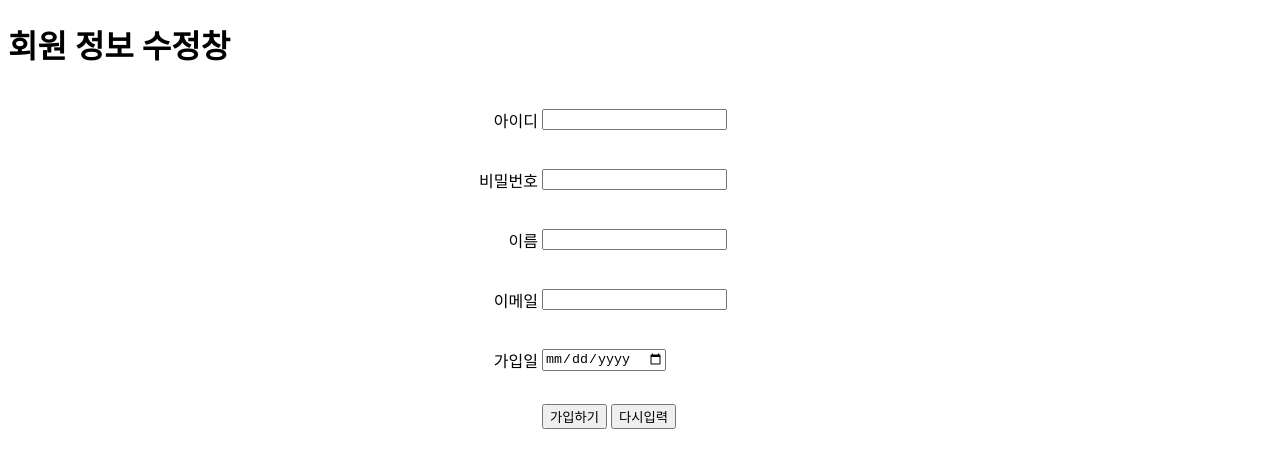
Repository: khkhkhh/JAVA
Page: http://localhost/pro17/test03/modMemberForm.jsp
The author's editor kept a copy of each file at every save. The page is drawn from the files as they stood at one save, then again after the next save.
The browser window is 1280 px wide. The pictures show the whole page.
The page is served by Tomcat 9. Nobody is signed in. The application's start-up code is not run.

Above is the page before, as saved 2022-08-08 01:59:43.

After the next save:
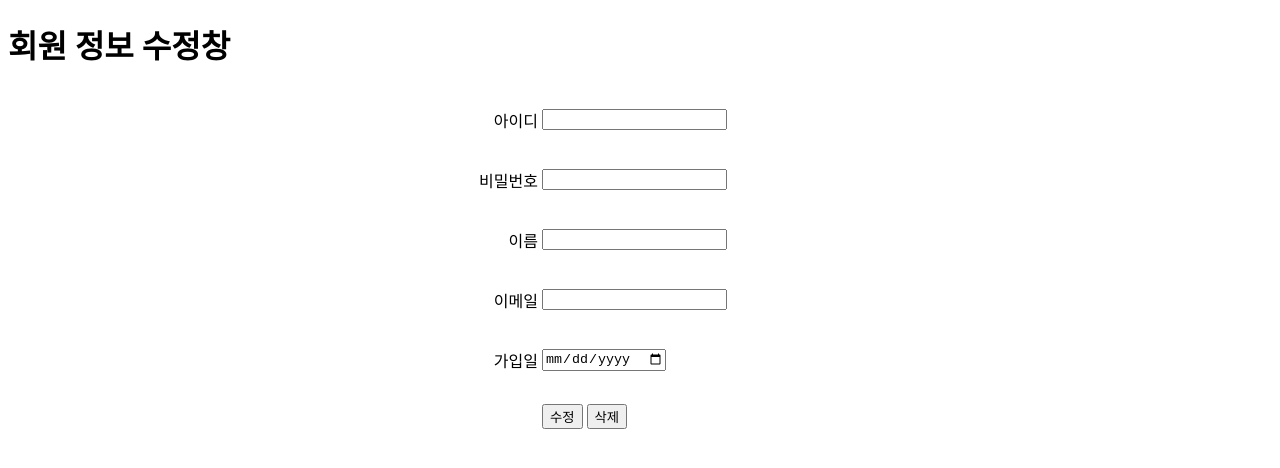
Saved 49 s later.
--- a/pro17/src/main/webapp/test03/modMemberForm.jsp
+++ b/pro17/src/main/webapp/test03/modMemberForm.jsp
@@ -42,8 +42,8 @@ request.setCharacterEncoding("UTF-8");
 				<p>&nbsp;</p>
 				</td>
 				<td width="400">
-				<input type="submit" value="가입하기">
-				<input type="reset" value="다시입력">
+				<input type="submit" value="수정">
+				<input type="submit" value="삭제">
 				</td>
 			</tr>
 		</table>
